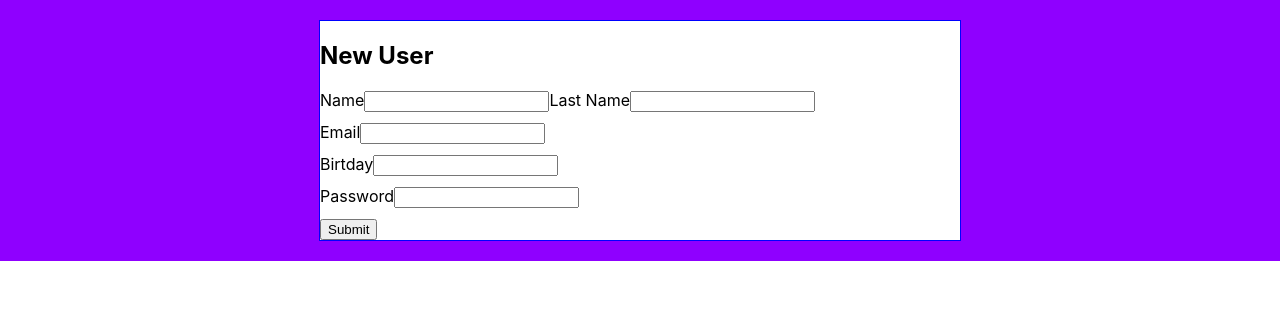
Repository: RobertAries28/CrudUsuarios
Page: /
An editor plug-in stored every save of this project. The page is shown before and after the next save, followed by the edit.
The browser window is 1280 px wide. The pictures show the whole page.
The page's requests for data from a server got no answer. The project was rebuilt for these pictures with package versions that can differ from the ones it lists, and the page was loaded fresh each time. No one was signed in, and anything a server would have sent is missing.

Above is the page before, as saved 2022-05-23 19:03:06.

After the next save:
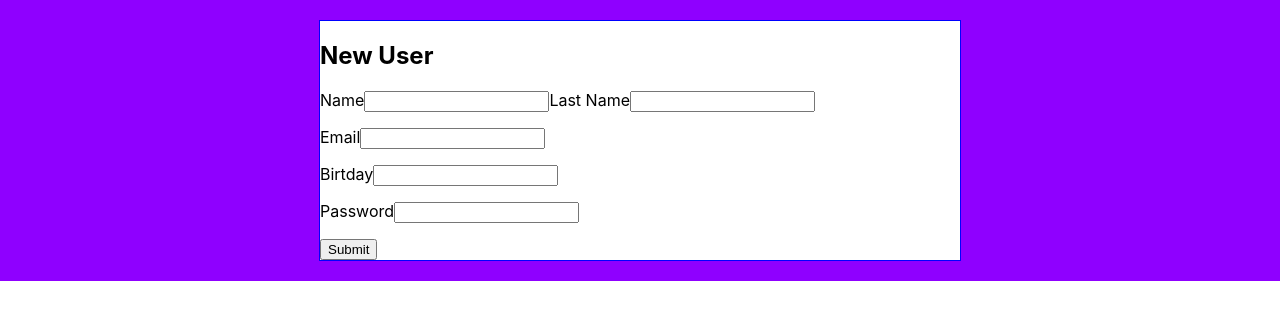
Saved 21 s later.
--- a/src/App.css
+++ b/src/App.css
@@ -34,5 +34,5 @@ ul{
 
 
 .dateUsers{
-  margin: 10px 0;
+  margin: 15px 0;
 }
